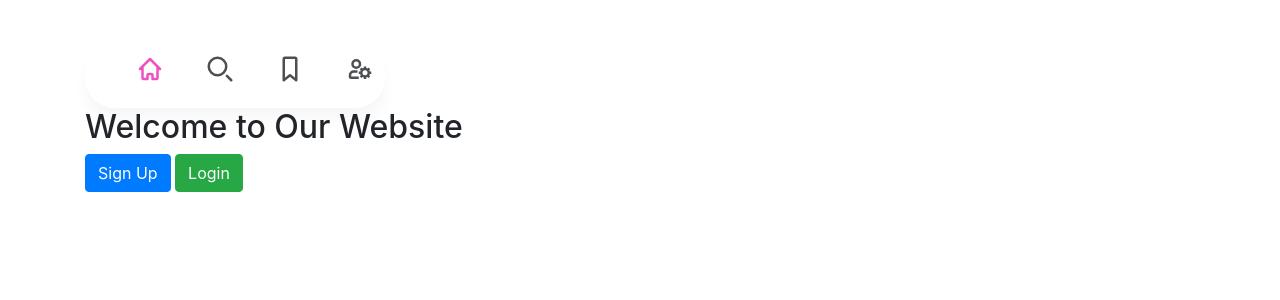
Repository: khoilvgcc210040/nextgenedu
Page: http://localhost/
These files come from the project's save history. The page is drawn as it stood at one moment and after the next save; the edit follows.
The browser window is 1280 px wide. The pictures show the whole page.
The page is served by the project's application, run on Django 5.2 (manage.py).

Above is the page before, as saved 2024-08-10 18:14:23.

After the next save:
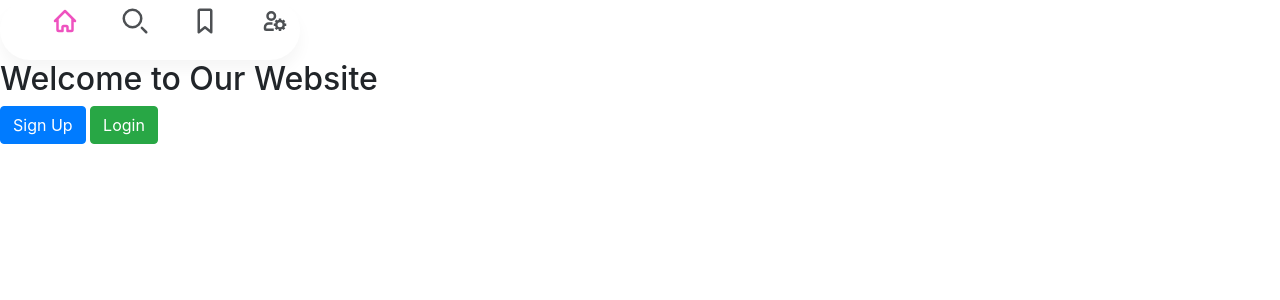
Saved 26 s later.
--- a/templates/home.html
+++ b/templates/home.html
@@ -59,7 +59,6 @@
     }
 </style>
 <body>
-    <div class="container mt-5">
         <div id="navbody">
         <form action="#">
             <ul class="ul">
